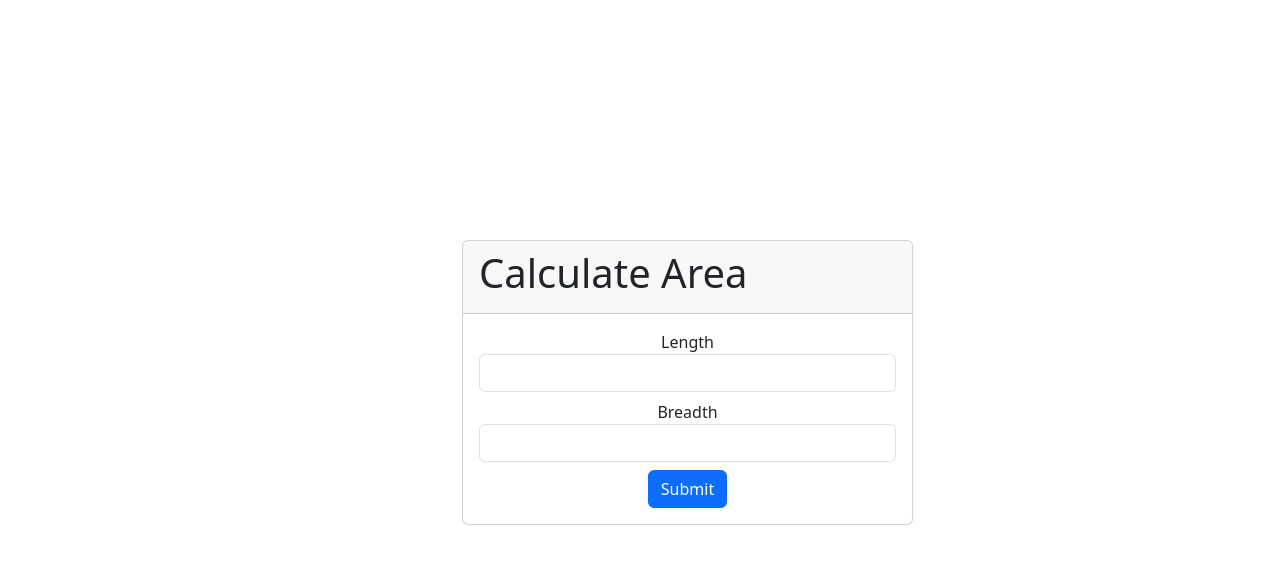
Repository: Laxman-Nath/Servlet_JSP
Page: http://localhost/Area/
The author's editor kept a copy of each file at every save. The page is drawn from the files as they stood at one save, then again after the next save.
The browser window is 1280 px wide. The pictures show the whole page.
The page is served by Tomcat 9.

Above is the page before, as saved 2024-09-02 11:05:52.

After the next save:
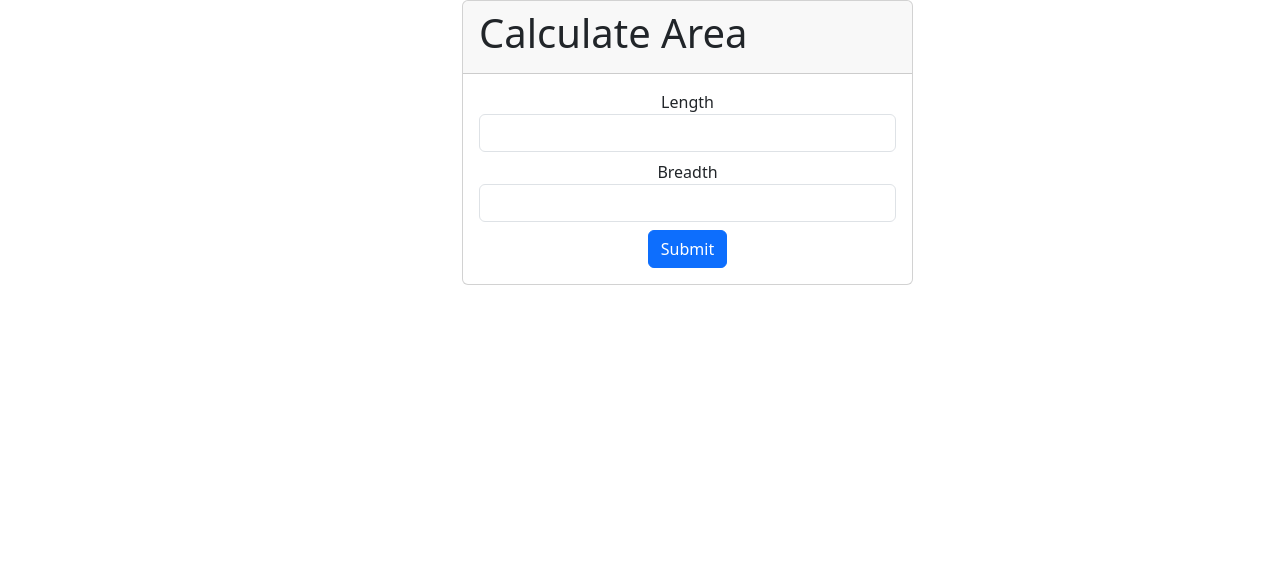
Saved 20 s later.
--- a/Area/src/main/webapp/Area.jsp
+++ b/Area/src/main/webapp/Area.jsp
@@ -12,7 +12,7 @@
 	crossorigin="anonymous">
 </head>
 <body>
-<div class="container" style="margin-top:240px;">
+<div class="container">
 <div class="row">
 <div class="col-md-5 offset-md-4">
     <div class="card">
